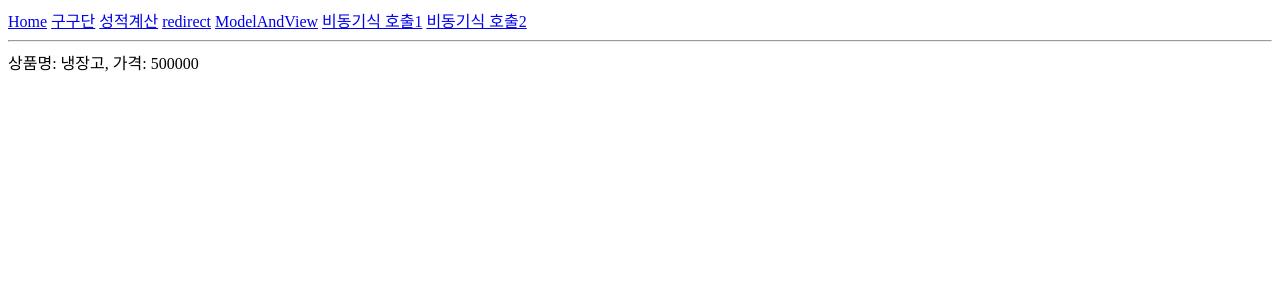
Repository: deok2kim/Java
Page: http://localhost/spring01/ajax.do
An editor plug-in stored every save of this project. The page is shown before and after the next save, followed by the edit.
The browser window is 1280 px wide. The pictures show the whole page.
The page is served by Tomcat 9. Other server files are loaded and not shown.

Above is the page before, as saved 2020-11-24 14:14:34.

### spring01/src/main/webapp/WEB-INF/views/test/ajax.jsp
<%@ page language="java" contentType="text/html; charset=UTF-8"
    pageEncoding="UTF-8"%>
<!DOCTYPE html>
<html>
<head>
<meta charset="UTF-8">
<title>Insert title here</title>
<script src="http://code.jquery.com/jquery-3.4.1.min.js"></script>
<script>
// $(선택자).이벤트함수(코드)
// $(document).ready(function(){
$(function(){
	$.ajax({
		type: "post",
		url: "background.do",
		success: function(result){ // 콜백함수
			console.log("test:"+result);
			$("#result").html("상품명: "+result.name+", 가격: "+result.price);
		}
	});
});
</script>
</head>
<body>
<jsp:include page="../include/menu.jsp" />
<div id="result"></div>
</body>
</html>

### spring01/src/main/webapp/WEB-INF/views/include/menu.jsp
<%@ page language="java" contentType="text/html; charset=UTF-8"
    pageEncoding="UTF-8"%>

<!-- 다른 페이지에 삽입시기키 위해서 다른것들을 다 지움 include -->
<a href="/">Home</a>
<a href="gugu.do">구구단</a>
<a href="point.do">성적계산</a>
<a href="move.do">redirect</a>
<a href="mav.do">ModelAndView</a>
<a href="ajax.do">비동기식 호출1</a>
<a href="login.do">비동기식 호출2</a>
<hr>

After the next save:
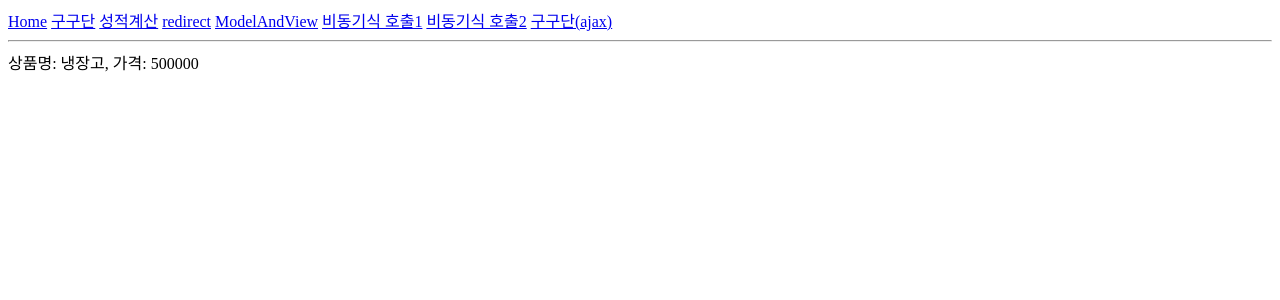
Saved 88 s later.
--- a/spring01/src/main/webapp/WEB-INF/views/include/menu.jsp
+++ b/spring01/src/main/webapp/WEB-INF/views/include/menu.jsp
@@ -9,4 +9,5 @@
 <a href="mav.do">ModelAndView</a>
 <a href="ajax.do">비동기식 호출1</a>
 <a href="login.do">비동기식 호출2</a>
+<a href="ajax_gugu.do">구구단(ajax)</a>
 <hr>
